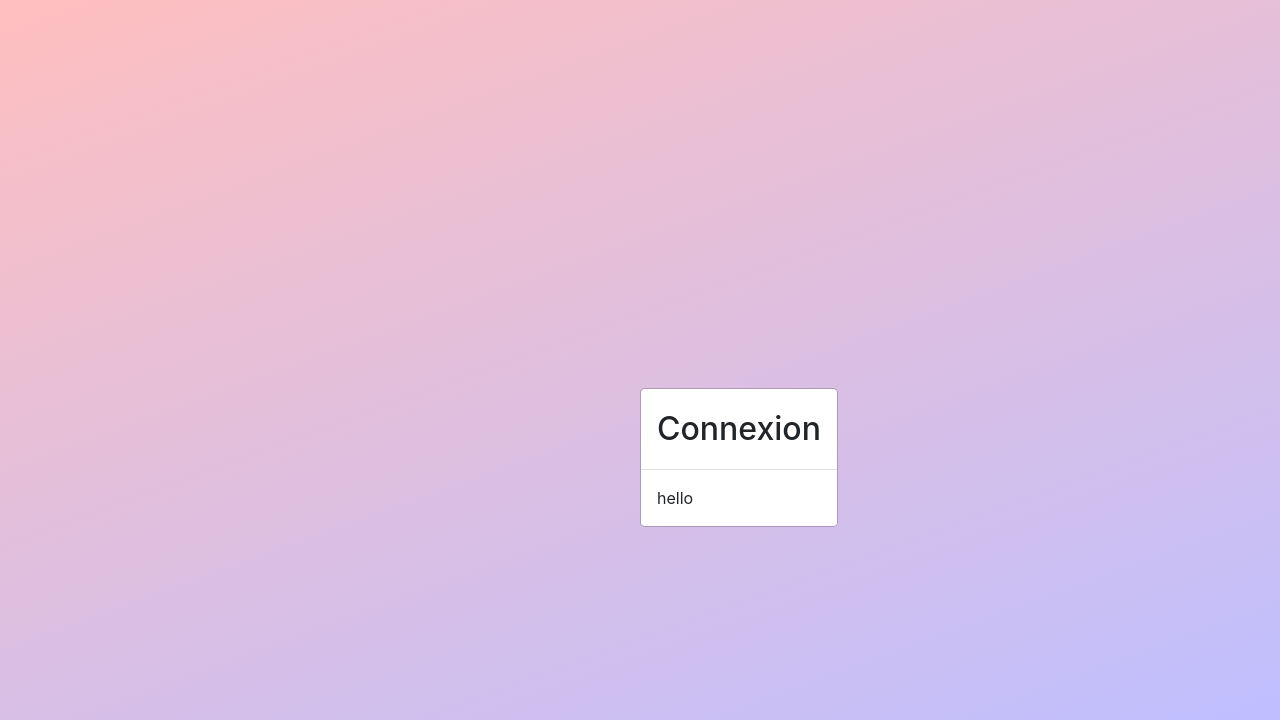
Repository: FS-23/react-task-manager
Page: /login
The author's editor kept a copy of each file at every save. The page is drawn from the files as they stood at one save, then again after the next save.
The browser window is 1280 px wide. The pictures show the whole page.
The project was rebuilt for these pictures with package versions that can differ from the ones it lists, and the page was loaded fresh each time.

Above is the page before, as saved 2022-04-28 14:23:13.

After the next save:
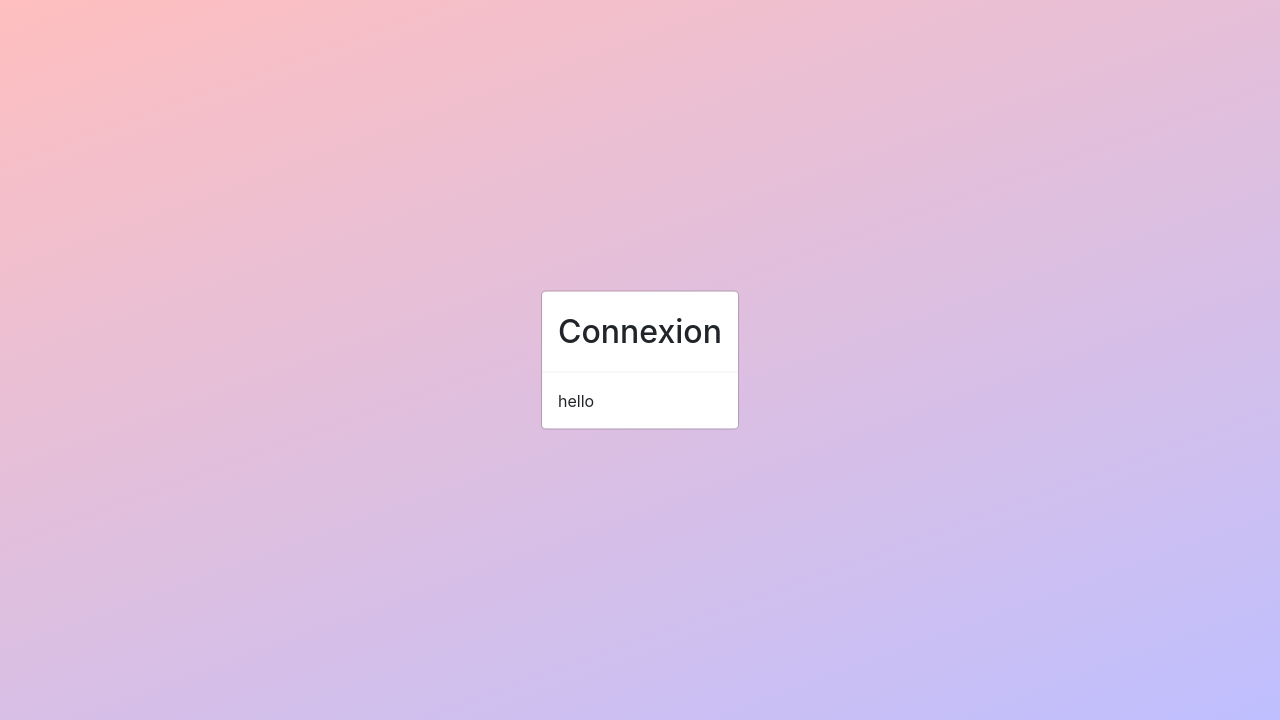
Saved 8 s later.
--- a/src/components/Login.js
+++ b/src/components/Login.js
@@ -27,7 +27,7 @@ function Login(){
 
                     </div>
 
-                    <div className='position-absolute translation-50 top-50 start-50'>
+                    <div className='position-absolute translate-middle top-50 start-50'>
                          <div className='modal-dialog'>
                                <div className='modal-content'>
                                     <div className='modal-header'>
